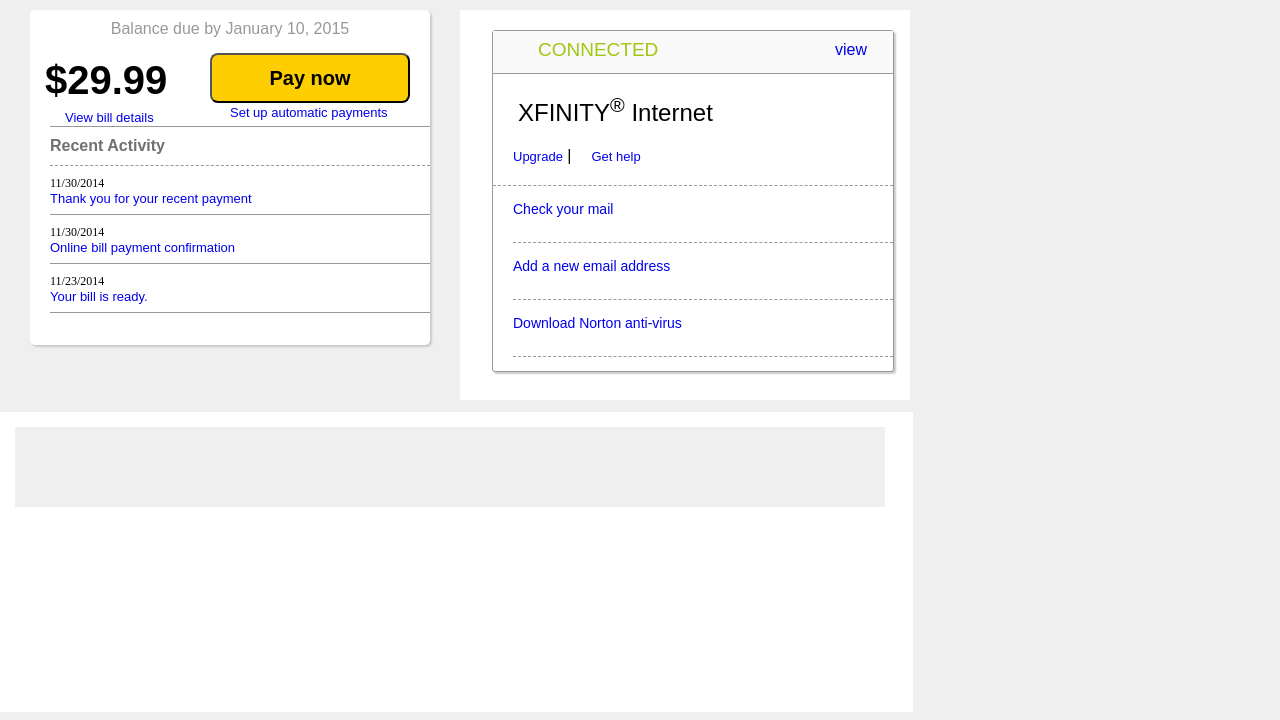
Repository: Sakivaday/UI-TSQ
Page: Aptana Studio 3 Workspace/tsq/assignment3/comcast.html
The author's editor kept a copy of each file at every save. The page is drawn from the files as they stood at one save, then again after the next save.
The browser window is 1280 px wide. The pictures show the whole page.
Pictures or frames that could not be fetched are drawn as grey boxes.

Above is the page before, as saved 2015-01-20 05:07:29.

### Aptana Studio 3 Workspace/tsq/assignment3/comcast.html
<!DOCTYPE html>
<html>
	<head>
		<title>comcast</title>
		<link href="new_file.css" rel="stylesheet" type="text/css" media="all"/>
		</head>

	<body>
	<div class="left">
        <p class="balancedue">Balance due by January 10, 2015</p>
        <div class="border">
		<div class="left1">
			<h1 class="pay">$29.99</h1>
			<a href ="#">View bill details</a>
			</div>
			<div class="left2">
				<button>Pay now</button>
				<a href="#">Set up automatic payments</a>
			</div></div>

				<div class="leftbottom1">
					<p class="recent">Recent Activity</p>
					</div>

		   <div class="leftbottom2">
		   	<ul>
		   		<li>
			<p class="date">11/30/2014</p>
			<a href="#">Thank you for your recent payment</a>
		<li>
			<p class="date">11/30/2014</p>
			<a href="#">Online bill payment confirmation</a>
		</li>
		<li>
			<p class="date">11/23/2014</p>
			<a href="#">Your bill is ready.</a>
		</li>
		</ul>
		</div>
		</div>


<div class="right">
	<div class="box">
		<div class="right1">
			<div class="tickmark"><h2 class="connected">CONNECTED</h2></div>
			<a href="#">view</a>
		</div>
		<div class="rightbottom1">
			<h2>XFINITY<sup>&reg;</sup> Internet</h2>
			<a href="#">Upgrade</a>      |<a href="#">Get help</a>
		</div>
		<div class="rightbottom2">
			<ul>
				<li>
					<a href="#" >Check your mail</a>
				</li>
				<li>
					<a href="#">Add a new email address</a>
				</li>
				<li>
					<a href="#">Download Norton anti-virus</a>
				</li>
			</ul>
			</div>

	</div>
	</div>

<div class="bottom">
	<div class="rectbox">

	</div>

</div>

### Aptana Studio 3 Workspace/tsq/assignment3/new_file.css
*{
	padding:0px;
	margin:0px;
	font-family: "Arial";
	text-decoration: none;
	list-style: none;
}

body{
	background-color: #efefef;
}
.left{
	float:left;
	background-color: white;
	margin-top:10px;
	margin-left: 30px;
	box-shadow: 2px 2px 2px #cacaca;
	width: 400px;
	height: 335px;
	border-radius: 5px;
}
.balancedue{
	color: #989896;
	text-align: center;
	padding-top: 10px;
}
.left1{
	float: left;
	margin-left: 15px;
	margin-top: 20px;
	width: 45%;

}
.left2{
	float: left;
	margin-left: 180px;
	margin-top: -73px;
    width: 45%;
}
.pay{
	font-size: 40px;
	padding-bottom: 5px;
}
.left .border .left1 a{
	font-size: 13px;
	margin-left: 20px;
	padding-bottom: 10px;
}
button{
	background-color: #fece00;
	width: 200px;
	height: 50px;
	border-radius: 8px;
	font-weight: bold;
	font-size: 20px;
}
.left2 a{
	font-size: 13px;
	padding-top: 5px;
	margin-left: 20px;
	padding-bottom: 10px;
}
.border{
	padding-bottom:20px;
	margin-bottom: 20px;

}
.leftbottom1{
    border-bottom: 1px dashed #989896;
    clear: both;
    border-top: 1px solid #989896;
    margin-left: 20px;
    margin-top: 10px;
    padding-top: 10px;
    padding-bottom: 10px;
    color: #989896;
}
.recent{
	color: #70706e;
	font-weight: bold;
}
.date{
	font-family: "italic";
	font-size: 12px;
	margin-left: 20px;
	padding-top: 10px;
}
.leftbottom2 ul li a{
	font-size: 13px;
	border-bottom: 1px solid #989896;
	margin-left: 20px;
	padding-bottom: 8px;
	display: inherit;
}
.right{
	float:left;
	background-color: white;
	margin-top:10px;
	margin-left: 30px;
	width: 450px;
	height: 390px;
}
.box{
	border: 1px solid #989896;
	background-color: white;
	margin-top:20px;
	margin-left: 32px;
	box-shadow: 2px 2px 2px #cacaca;
	width: 400px;
	height: 340px;
	border-radius: 3px;
}
.tickmark{
	background: url('pictures/sprite.png') no-repeat;
	width:32px;
	height:32px;
	background-position: -116px -1227px;
	margin:5px;
	float: left;
}
.connected{
	margin-left: 40px;
	margin-top: 3px;
	color: #a2c513;
	font-weight:300;
	font-size: 19px;
}
.right .box .right1 a {
	float: left;
	margin-left: 300px;
	margin-top: 10px;
}
.right .box .right1{
	background-color: #f9f9f9;
	border-bottom: 1px solid #989896;
	display: flex ;
}
.rightbottom1 h2{
	margin-left: 25px;
	font-weight:300;
	padding-top: 20px;
	padding-bottom: 20px;
}
.rightbottom1 a{
	margin-left: 20px;
	font-size: 13px;
}
.rightbottom1{
	border-bottom: 1px dashed #989896;
	padding-bottom: 20px;
}
.rightbottom2 ul li a{
	margin-left: 20px;
	padding-top: 15px;
	padding-bottom: 25px;
	font-size: 14px;
	display: inherit;
	border-bottom: 1px dashed #989896;
}
.bottom{
	background-color: white;
	height: 300px;
	width: 913px;
	float: left;
	margin-top: 12px;
}
.rectbox{
	height: 80px;
	width: 870px;
	margin-top: 15px;
	margin-left: 15px;
	background-color: #efefef;
}

After the next save:
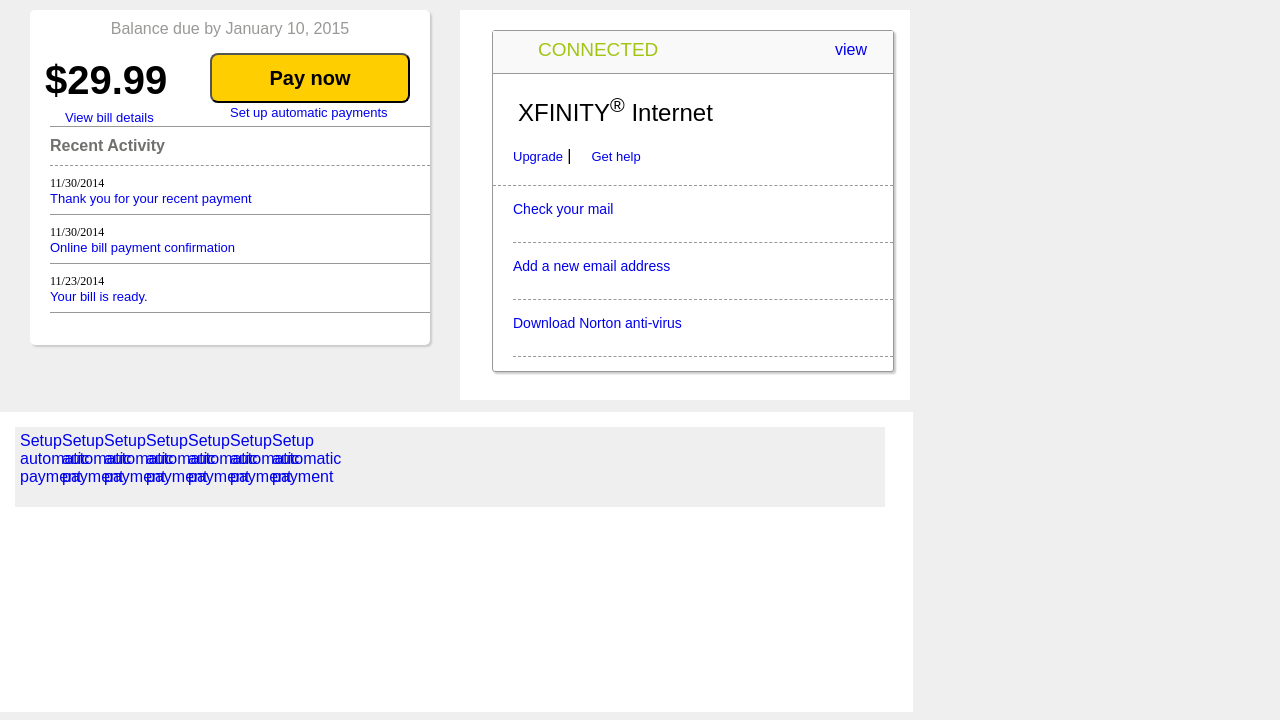
Saved 18 min 19 s later.
--- a/Aptana Studio 3 Workspace/tsq/assignment3/comcast.html
+++ b/Aptana Studio 3 Workspace/tsq/assignment3/comcast.html
@@ -69,6 +69,14 @@
 
 <div class="bottom">
 	<div class="rectbox">
+		<div class="tickmark box1"><a href="#">Setup automatic payment</a></div>
+		<div class="tickmark box2"><a href="#">Setup automatic payment</a></div>
+		<div class="tickmark box3"><a href="#">Setup automatic payment</a></div>
+		<div class="tickmark box4"><a href="#">Setup automatic payment</a></div>
+		<div class="tickmark box5"><a href="#">Setup automatic payment</a></div>
+		<div class="tickmark box6"><a href="#">Setup automatic payment</a></div>
+		<div class="tickmark box7"><a href="#">Setup automatic payment</a></div>
+
 
 	</div>
 
